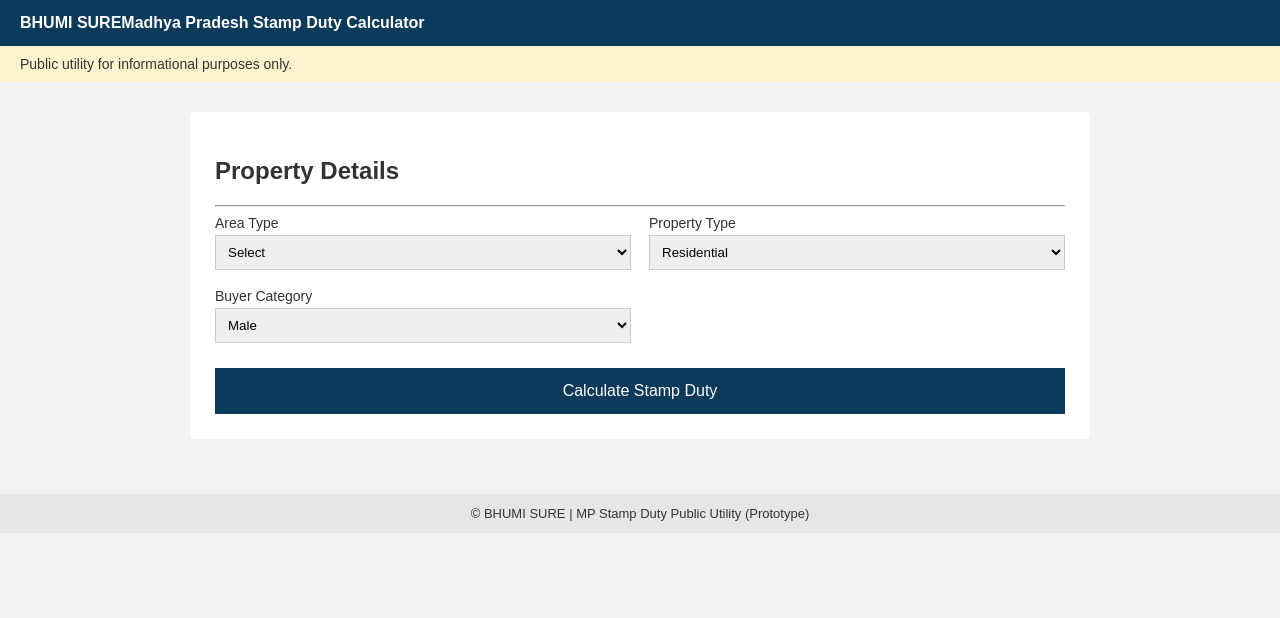
Repository: abhaysharma02/bhumisure
Page: / (app in frontend/)
An editor plug-in stored every save of this project. The page is shown before and after the next save, followed by the edit.
The browser window is 1280 px wide. The pictures show the whole page.
The project was rebuilt for these pictures with package versions that can differ from the ones it lists, and the page was loaded fresh each time. Also part of the build but not shown: frontend/vite.config.js.

Above is the page before, as saved 2025-12-21 12:24:29.

### frontend/src/index.css
@import url('https://fonts.googleapis.com/css2?family=Open+Sans:wght@400;600;700&display=swap');

/* ===== GLOBAL RESET ===== */
body {
  margin: 0;
  font-family: 'Open Sans', Arial, Roboto, sans-serif;
  background-color: #f4f6f9;
  color: #333333;
  -webkit-font-smoothing: antialiased;
  -moz-osx-font-smoothing: grayscale;
}

* {
  box-sizing: border-box;
}

/* ===== GOVERNMENT THEME VARIABLES ===== */
:root {
  --gov-blue: #003366;
  /* Authentic Indian Govt Blue */
  --gov-blue-light: #064582;
  --gov-orange: #ff9933;
  /* Saffron highlight */
  --gov-gray-bg: #f4f6f9;
  --gov-gray-border: #d1d5db;
  --gov-gray-text: #4b5563;
  --gov-white: #ffffff;
  --gov-black: #1f2937;
  --gov-green: #10b981;
}

.gov-app-container {
  display: flex;
  flex-direction: column;
  min-height: 100vh;
}

/* ===== HEADER STYLES ===== */
.gov-header-section {
  background-color: var(--gov-blue);
  color: var(--gov-white);
  padding: 0;
}

.gov-header-top {
  display: flex;
  justify-content: space-between;
  align-items: center;
  padding: 16px 40px;
  max-width: 1400px;
  margin: 0 auto;
  width: 100%;
}

.header-left .header-title {
  margin: 0;
  font-size: 26px;
  font-weight: 700;
  letter-spacing: 1px;
}

.header-left .header-subtitle {
  margin: 4px 0 0 0;
  font-size: 13px;
  color: #aecceb;
  text-transform: uppercase;
  letter-spacing: 0.5px;
}

.header-right {
  text-align: right;
}

.header-right .header-org {
  margin: 0;
  font-size: 18px;
  font-weight: 600;
}

.header-right .header-dept {
  margin: 4px 0 0 0;
  font-size: 13px;
  color: #aecceb;
}

.gov-header-border {
  height: 4px;
  background-color: var(--gov-orange);
  width: 100%;
}

/* ===== NAVIGATION STYLES ===== */
.gov-navbar {
  background-color: var(--gov-white);
  border-bottom: 1px solid var(--gov-gray-border);
  box-shadow: 0 2px 4px rgba(0, 0, 0, 0.05);
}

.nav-container {
  max-width: 1400px;
  margin: 0 auto;
  padding: 0 40px;
  display: flex;
  gap: 2px;
}

.nav-link {
  padding: 14px 20px;
  background-color: transparent;
  color: var(--gov-blue);
  border: none;
  font-size: 14px;
  font-weight: 600;
  cursor: pointer;
  transition: all 0.2s ease;
  font-family: inherit;
  border-bottom: 3px solid transparent;
}

.nav-link:hover {
  background-color: #f0f4f8;
  border-bottom: 3px solid var(--gov-blue-light);
}

.nav-link.active {
  background-color: var(--gov-blue);
  color: var(--gov-white);
  border-bottom: 3px solid var(--gov-orange);
}

/* ===== MAIN CONTENT WRAPPER ===== */
.gov-main-content {
  flex: 1;
  padding: 40px;
  max-width: 1400px;
  margin: 0 auto;
  width: 100%;
}

.gov-card {
  background-color: var(--gov-white);
  border: 1px solid var(--gov-gray-border);
  border-radius: 4px;
  padding: 24px;
  margin-bottom: 24px;
  box-shadow: 0 1px 3px rgba(0, 0, 0, 0.05);
}

.gov-card h3 {
  margin-top: 0;
  color: var(--gov-blue);
  border-bottom: 2px solid #eaeaea;
  padding-bottom: 10px;
  margin-bottom: 20px;
  font-size: 18px;
}

/* ===== FOOTER STYLES ===== */
.gov-footer-section {
  background-color: var(--gov-black);
  color: var(--gov-white);
  padding: 24px 40px;
  border-top: 4px solid var(--gov-blue);
}

.footer-content {
  max-width: 1400px;
  margin: 0 auto;
  text-align: center;
}

.footer-content .disclaimer {
  font-size: 13px;
  color: #d1d5db;
  margin-bottom: 8px;
}

.footer-content .copyright {
  font-size: 12px;
  color: #9ca3af;
  margin: 0;
}

### frontend/src/App.jsx
import StampDutyForm from "./components/StampDutyForm";

function App() {
  return (
    <div>
      <StampDutyForm />
    </div>
  );
}

export default App;

### frontend/src/components/StampDutyForm.jsx
import { useState, useEffect } from "react";
import "./StampDutyForm.css";

const API = "http://localhost:4000";

export default function StampDuty() {
  const [form, setForm] = useState({
    areaType: "",
    propertyType: "Residential",
    buyerCategory: "Male",
    areaSqm: ""
  });

  /* ===== URBAN ===== */
  const [wards, setWards] = useState([]);
  const [ward, setWard] = useState("");
  const [colonies, setColonies] = useState([]);
  const [colony, setColony] = useState("");

  /* ===== RURAL ===== */
  const [tehsils, setTehsils] = useState([]);
  const [tehsil, setTehsil] = useState("");
  const [halkas, setHalkas] = useState([]);
  const [halka, setHalka] = useState("");
  const [villages, setVillages] = useState([]);
  const [village, setVillage] = useState("");

  const [loading, setLoading] = useState(false);
  const [error, setError] = useState("");

  function handleChange(e) {
    setForm({ ...form, [e.target.name]: e.target.value });
  }

  /* ===== AREA TYPE CHANGE ===== */
  useEffect(() => {
    setWard("");
    setColony("");
    setTehsil("");
    setHalka("");
    setVillage("");
    setError("");

    if (form.areaType === "Urban") {
      fetch(`${API}/api/wards?city=Gwalior`)
        .then(r => r.json())
        .then(d => setWards(d || []));
    }

    if (form.areaType === "Rural") {
      fetch(`${API}/api/tehsils?city=Gwalior`)
        .then(r => r.json())
        .then(d => setTehsils(d || []));
    }
  }, [form.areaType]);

  /* ===== URBAN ===== */
  useEffect(() => {
    if (!ward) return;
    fetch(`${API}/api/colonies?city=Gwalior&ward=${ward}`)
      .then(r => r.json())
      .then(d => setColonies(d || []));
  }, [ward]);

  /* ===== RURAL ===== */
  useEffect(() => {
    if (!tehsil) return;
    fetch(`${API}/api/halkas?city=Gwalior&tehsil=${tehsil}`)
      .then(r => r.json())
      .then(d => setHalkas(d || []));
  }, [tehsil]);

  useEffect(() => {
    if (!halka) return;
    fetch(
      `${API}/api/villages?city=Gwalior&tehsil=${tehsil}&halka=${halka}`
    )
      .then(r => r.json())
      .then(d => setVillages(d || []));
  }, [halka]);

  /* ===== FRONT PAGE CALCULATE (NO RESULT YET) ===== */
  function calculate() {
    if (
      !form.areaType ||
      (form.areaType === "Urban" && (!ward || !colony)) ||
      (form.areaType === "Rural" && (!tehsil || !halka || !village))
    ) {
      setError("Please complete all required fields.");
      return;
    }

    setError("");
    alert("Front page validated ✔ (Next: calculation section)");
  }

  return (
    <>
      {/* HEADER */}
      <header className="header">
        <strong>BHUMI SURE</strong>
        <span className="sub-title">
          Madhya Pradesh Stamp Duty Calculator
        </span>
      </header>

      {/* NOTICE */}
      <div className="notice">
        Public utility for informational purposes only.
      </div>

      {/* MAIN CONTAINER */}
      <div className="container">
        <div className="card">
          <h2 className="page-title">Property Details</h2>
          <hr className="divider" />

          <div className="form-grid">
            {/* AREA TYPE */}
            <div className="form-group">
              <label>Area Type</label>
              <select name="areaType" onChange={handleChange}>
                <option value="">Select</option>
                <option value="Urban">Urban (Nagariya)</option>
                <option value="Rural">Rural (Gramin)</option>
              </select>
            </div>

            {/* PROPERTY TYPE */}
            <div className="form-group">
              <label>Property Type</label>
              <select name="propertyType" onChange={handleChange}>
                <option value="Residential">Residential</option>
              </select>
            </div>

            {/* BUYER */}
            <div className="form-group">
              <label>Buyer Category</label>
              <select name="buyerCategory" onChange={handleChange}>
                <option value="Male">Male</option>
                <option value="Female">Female</option>
              </select>
            </div>

            {/* URBAN */}
            {form.areaType === "Urban" && (
              <>
                <div className="form-group">
                  <label>Ward</label>
                  <select onChange={e => setWard(e.target.value)}>
                    <option value="">Select</option>
                    {wards.map(w => (
                      <option key={w}>{w}</option>
                    ))}
                  </select>
                </div>

                {ward && (
                  <div className="form-group">
                    <label>Colony</label>
                    <select onChange={e => setColony(e.target.value)}>
                      <option value="">Select</option>
                      {colonies.map(c => (
                        <option key={c}>{c}</option>
                      ))}
                    </select>
                  </div>
                )}
              </>
            )}

            {/* RURAL */}
            {form.areaType === "Rural" && (
              <>
                <div className="form-group">
                  <label>Tehsil</label>
                  <select onChange={e => setTehsil(e.target.value)}>
                    <option value="">Select</option>
                    {tehsils.map(t => (
                      <option key={t}>{t}</option>
                    ))}
                  </select>
                </div>

                {tehsil && (
                  <div className="form-group">
                    <label>Halka</label>
                    <select onChange={e => setHalka(e.target.value)}>
                      <option value="">Select</option>
                      {halkas.map(h => (
                        <option key={h}>{h}</option>
                      ))}
                    </select>
                  </div>
                )}

                {halka && (
                  <div className="form-group">
                    <label>Village</label>
                    <select onChange={e => setVillage(e.target.value)}>
                      <option value="">Select</option>
                      {villages.map(v => (
                        <option key={v}>{v}</option>
                      ))}
                    </select>
                  </div>
                )}
              </>
            )}
          </div>

          {/* BUTTON */}
          <button className="calc-btn" onClick={calculate} disabled={loading}>
            {loading ? "Please wait..." : "Calculate Stamp Duty"}
          </button>

          {error && <p className="error">⚠ {error}</p>}
        </div>
      </div>

      {/* FOOTER */}
      <footer className="footer">
        © BHUMI SURE | MP Stamp Duty Public Utility (Prototype)
      </footer>
    </>
  );
}

### frontend/src/components/StampDutyForm.css
body {
  margin: 0;
  font-family: Arial, sans-serif;
  background: #f2f2f2;
}

/* ===== HEADER ===== */
.header {
  background: #0b3a5a;
  color: white;
  padding: 14px 20px;
  font-weight: bold;
}

/* ===== NOTICE STRIP ===== */
.notice {
  background: #fff3cd;
  padding: 10px 20px;
  font-size: 14px;
}

/* ===== LAYOUT ===== */
.container {
  display: flex;
  flex-direction: column;
  align-items: center;
  margin: 30px 0;
}

/* ===== CARD ===== */
.card {
  background: white;
  width: 900px;
  padding: 25px;
  border-radius: 4px;
  margin-bottom: 25px;
}

/* ===== FORM GRID ===== */
.form-grid {
  display: grid;
  grid-template-columns: 1fr 1fr;
  gap: 18px;
}

/* ===== LABELS & INPUTS ===== */
label {
  font-size: 14px;
  display: block;
  margin-bottom: 4px;
}

input,
select {
  width: 100%;
  padding: 8px;
  border: 1px solid #ccc;
}

/* ===== BUTTON ===== */
button {
  margin-top: 25px;
  width: 100%;
  padding: 14px;
  background: #0b3a5a;
  color: white;
  border: none;
  font-size: 16px;
  cursor: pointer;
}

button:disabled {
  opacity: 0.7;
  cursor: not-allowed;
}

/* ===== ERROR ===== */
.error {
  color: red;
  margin-top: 10px;
}

/* ===== FOOTER ===== */
.footer {
  text-align: center;
  padding: 12px;
  background: #e6e6e6;
  font-size: 13px;
}

Loaded but not shown: frontend/index.html (common file); frontend/src/main.jsx (common file)

After the next save:
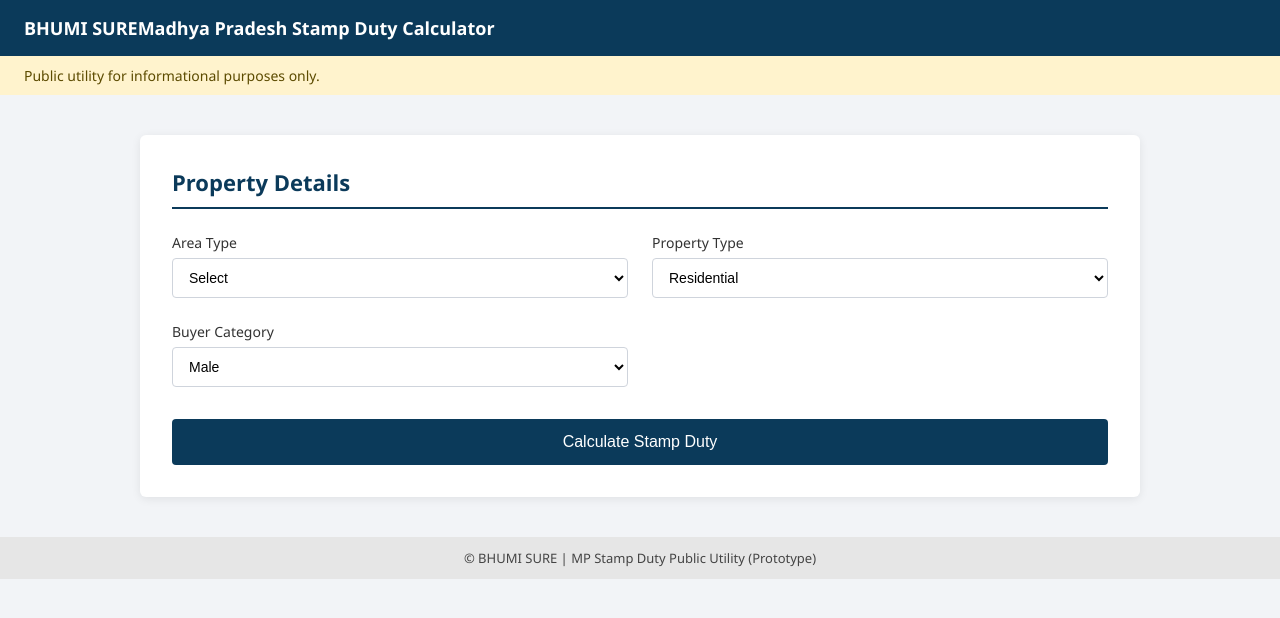
Saved 3 min 51 s later.
--- a/frontend/src/components/StampDutyForm.css
+++ b/frontend/src/components/StampDutyForm.css
@@ -1,72 +1,101 @@
+/* ===== BASE ===== */
 body {
   margin: 0;
-  font-family: Arial, sans-serif;
-  background: #f2f2f2;
+  font-family: "Segoe UI", Arial, sans-serif;
+  background: #f2f4f7;
+  min-height: 100vh;
 }
 
 /* ===== HEADER ===== */
 .header {
   background: #0b3a5a;
-  color: white;
-  padding: 14px 20px;
-  font-weight: bold;
+  color: #ffffff;
+  padding: 16px 24px;
+  font-size: 18px;
+  font-weight: 600;
 }
 
 /* ===== NOTICE STRIP ===== */
 .notice {
   background: #fff3cd;
-  padding: 10px 20px;
+  color: #5c4b00;
+  padding: 10px 24px;
   font-size: 14px;
 }
 
-/* ===== LAYOUT ===== */
+/* ===== PAGE WRAPPER ===== */
 .container {
   display: flex;
-  flex-direction: column;
-  align-items: center;
-  margin: 30px 0;
+  justify-content: center;
+  padding: 40px 16px;
 }
 
 /* ===== CARD ===== */
 .card {
-  background: white;
-  width: 900px;
-  padding: 25px;
-  border-radius: 4px;
-  margin-bottom: 25px;
+  background: #ffffff;
+  width: 100%;
+  max-width: 1000px;   /* 👈 KEY FIX */
+  padding: 32px;
+  border-radius: 6px;
+  box-shadow: 0 2px 10px rgba(0, 0, 0, 0.08);
+}
+
+/* ===== TITLES ===== */
+.card h2 {
+  margin: 0 0 10px;
+  font-size: 22px;
+  color: #0b3a5a;
+}
+
+/* ===== DIVIDER ===== */
+.card hr {
+  border: none;
+  border-top: 2px solid #0b3a5a;
+  margin-bottom: 24px;
 }
 
 /* ===== FORM GRID ===== */
 .form-grid {
   display: grid;
-  grid-template-columns: 1fr 1fr;
-  gap: 18px;
+  grid-template-columns: repeat(2, 1fr);
+  gap: 24px;
 }
 
-/* ===== LABELS & INPUTS ===== */
+/* ===== LABELS ===== */
 label {
   font-size: 14px;
+  font-weight: 500;
+  color: #333;
+  margin-bottom: 6px;
   display: block;
-  margin-bottom: 4px;
 }
 
+/* ===== INPUTS ===== */
 input,
 select {
   width: 100%;
-  padding: 8px;
-  border: 1px solid #ccc;
+  padding: 10px 12px;
+  font-size: 14px;
+  border: 1px solid #cfd4dc;
+  border-radius: 4px;
+  background: #ffffff;
 }
 
 /* ===== BUTTON ===== */
 button {
-  margin-top: 25px;
+  margin-top: 32px;
   width: 100%;
   padding: 14px;
   background: #0b3a5a;
-  color: white;
+  color: #ffffff;
   border: none;
+  border-radius: 4px;
   font-size: 16px;
   cursor: pointer;
+}
+
+button:hover {
+  background: #094065;
 }
 
 button:disabled {
@@ -76,14 +105,16 @@ button:disabled {
 
 /* ===== ERROR ===== */
 .error {
-  color: red;
-  margin-top: 10px;
+  margin-top: 16px;
+  color: #b00020;
+  font-size: 14px;
 }
 
 /* ===== FOOTER ===== */
 .footer {
+  background: #e6e6e6;
+  padding: 12px;
   text-align: center;
-  padding: 12px;
-  background: #e6e6e6;
   font-size: 13px;
+  color: #444;
 }
